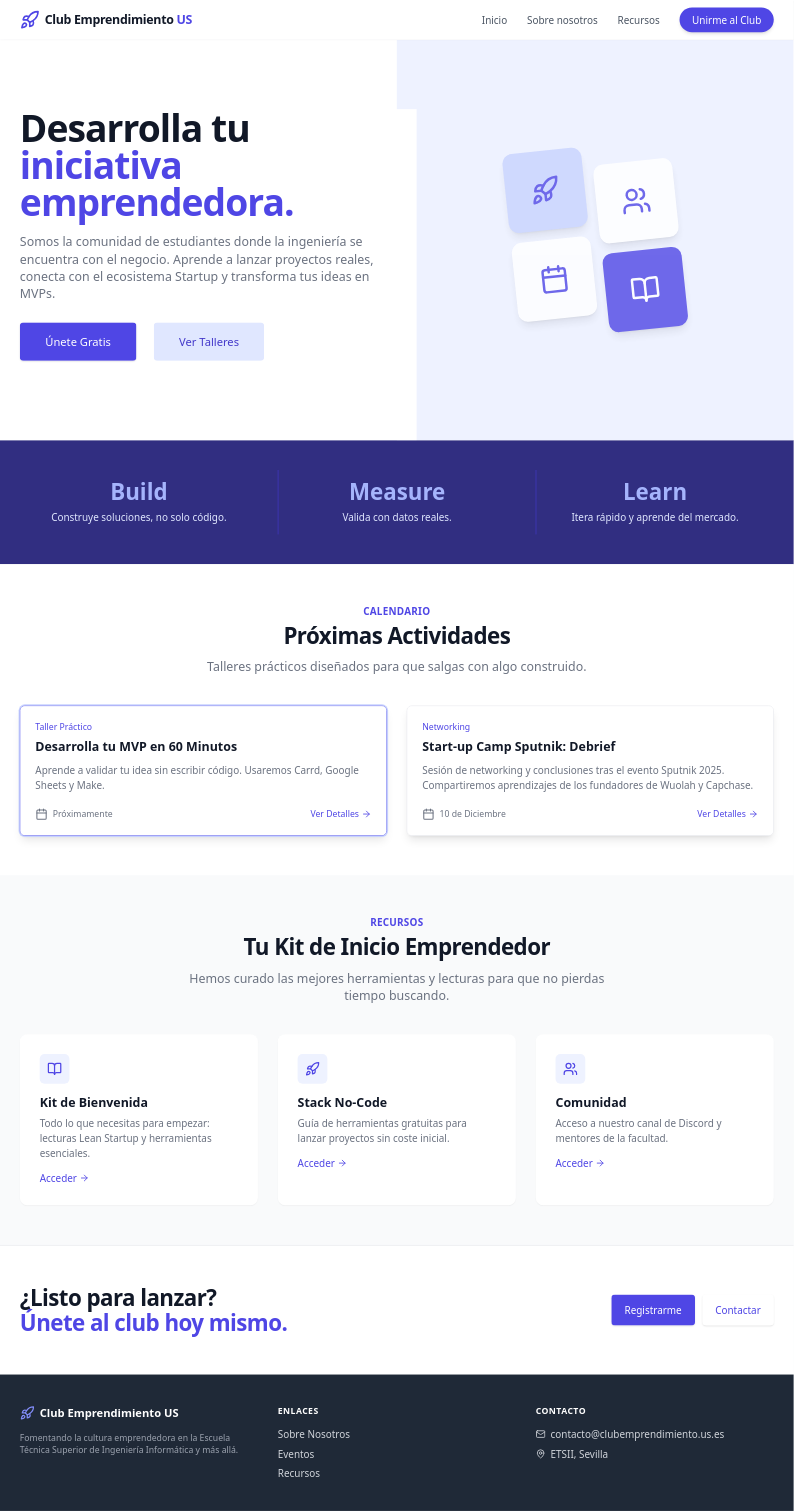
Repository: enerombar/club-emprendimiento-web
Page: /
The author's editor kept a copy of each file at every save. The page is drawn from the files as they stood at one save, then again after the next save.
The browser window is 1280 px wide. The pictures show the whole page, at 62% of full size.
The project was rebuilt for these pictures with package versions that can differ from the ones it lists, and the page was loaded fresh each time. Also part of the build but not shown: vite.config.js.

Above is the page before, as saved 2025-12-08 00:15:47.

After the next save:
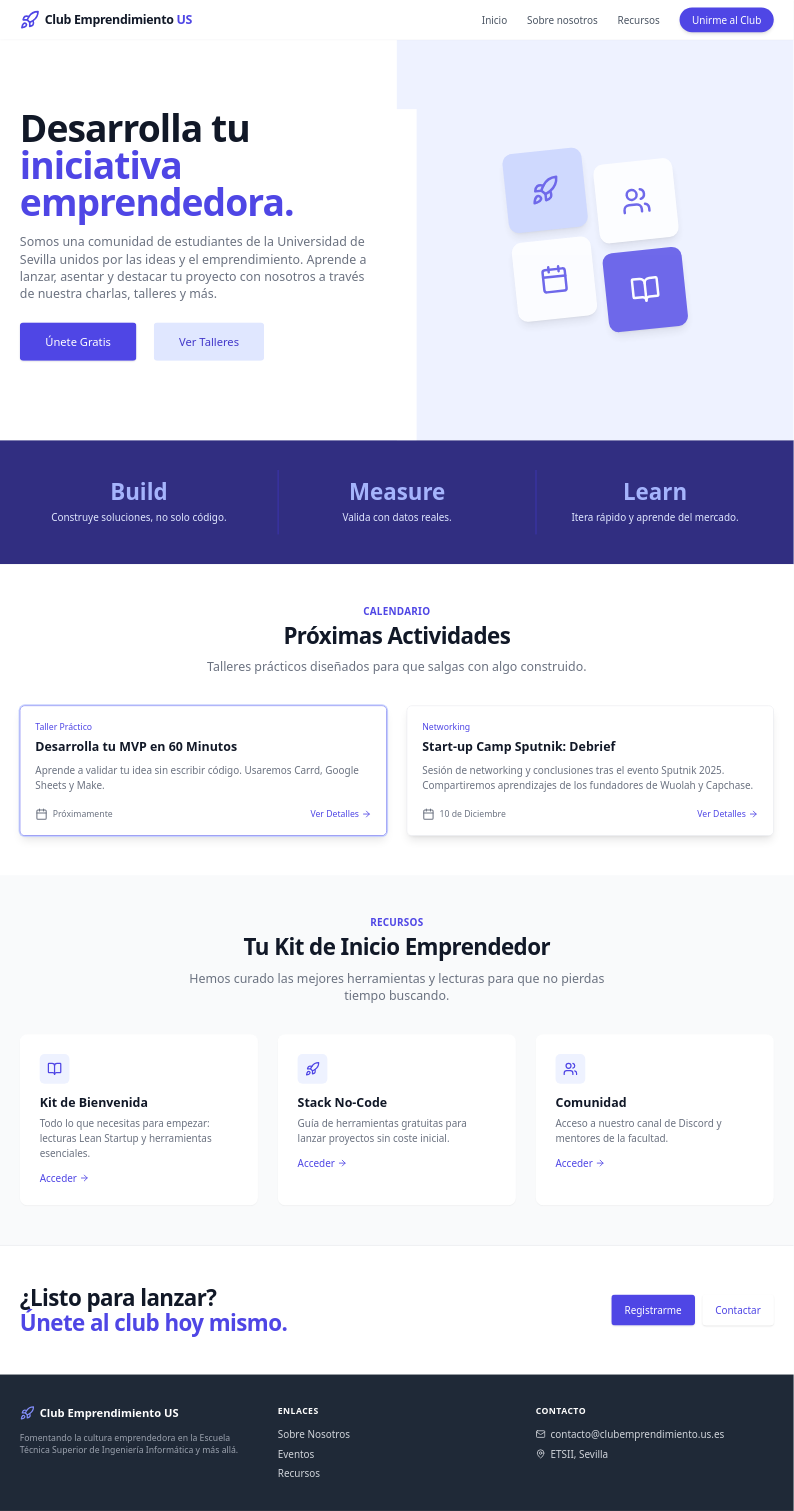
Saved 24 s later.
--- a/src/App.jsx
+++ b/src/App.jsx
@@ -130,7 +130,9 @@ const ClubEmprendimiento = () => {
                   <span className="block text-indigo-600 xl:inline">iniciativa emprendedora.</span>
                 </h1>
                 <p className="mt-3 text-base text-gray-500 sm:mt-5 sm:text-lg sm:max-w-xl sm:mx-auto md:mt-5 md:text-xl lg:mx-0">
-                  Somos la comunidad de estudiantes donde la ingeniería se encuentra con el negocio. Aprende a lanzar proyectos reales, conecta con el ecosistema Startup y transforma tus ideas en MVPs.
+                  Somos una comunidad de estudiantes de la Universidad de Sevilla unidos por las ideas y
+el emprendimiento. Aprende a lanzar, asentar y destacar tu proyecto con nosotros a través
+de nuestra charlas, talleres y más.
                 </p>
                 <div className="mt-5 sm:mt-8 sm:flex sm:justify-center lg:justify-start gap-4">
                   <div className="rounded-md shadow">
